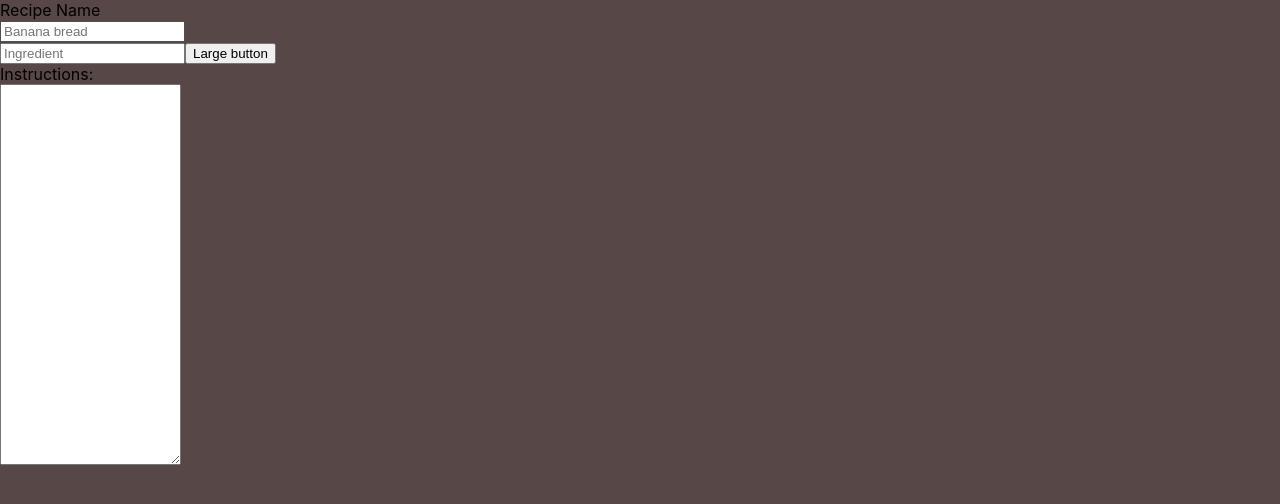
Repository: cdart1/React_Recipe_App
Page: / (app in recipe_app/)
The author's editor kept a copy of each file at every save. The page is drawn from the files as they stood at one save, then again after the next save.
The browser window is 1280 px wide. The pictures show the whole page.
The project was rebuilt for these pictures with package versions that can differ from the ones it lists, and the page was loaded fresh each time.

Above is the page before, as saved 2021-03-14 15:51:42.

### recipe_app/src/Components/App.js
import '../App.css';
import RecipeForm from './form'


function App() {

  return (
    <div className="App">
      <div>
        <RecipeForm/>
      </div>
    </div>
  );
}

export default App;

### recipe_app/src/App.css
body {
  background-color: rgb(88, 71, 71);
}

### recipe_app/src/Components/form.js
import React from 'react';
import Form from 'react-bootstrap/Form'
import Button from 'react-bootstrap/Button'

const RecipeForm = () => {

    return (
        <Form>
            <Form.Group controlId="exampleForm.ControlInput1">
                <Form.Label>Recipe Name</Form.Label><br></br>
                <Form.Control type="text" placeholder="Banana bread"/>
            </Form.Group>
            <Form.Group>
                <Form.Control type="text" placeholder="Ingredient"/>
                <Button primary lg>Large button</Button>
                {/* <button onClick>Add Ingredient</button> */}
                {/* <Form.Label>Ingredients List</Form.Label><br></br>
                <Form.Control type="text" placeholder="Recipe Name" /> */}
            </Form.Group>
            <Form.Group>
                <Form.Label>Instructions:</Form.Label><br></br>
                <Form.Control as="textarea" rows={25} />
            </Form.Group>
        </Form>
    );
}

export default RecipeForm

Loaded but not shown: recipe_app/public/index.html (common file); recipe_app/src/index.js (common file); recipe_app/src/index.css (common file); recipe_app/src/reportWebVitals.js (common file)

After the next save:
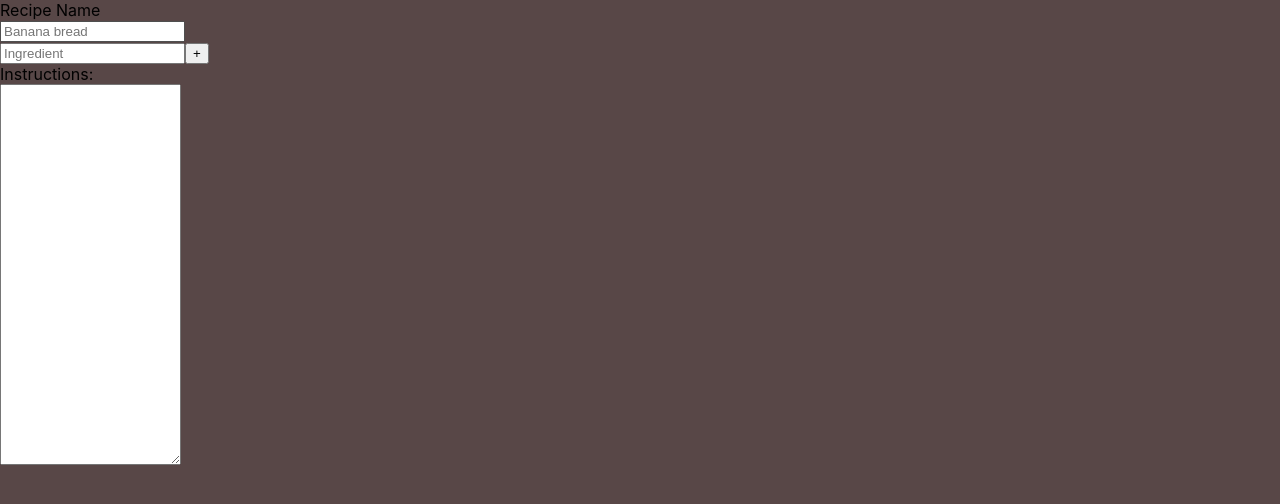
Saved 16 s later.
--- a/recipe_app/src/Components/form.js
+++ b/recipe_app/src/Components/form.js
@@ -12,7 +12,7 @@ const RecipeForm = () => {
             </Form.Group>
             <Form.Group>
                 <Form.Control type="text" placeholder="Ingredient"/>
-                <Button primary lg>Large button</Button>
+                <Button primary lg>+</Button>
                 {/* <button onClick>Add Ingredient</button> */}
                 {/* <Form.Label>Ingredients List</Form.Label><br></br>
                 <Form.Control type="text" placeholder="Recipe Name" /> */}
